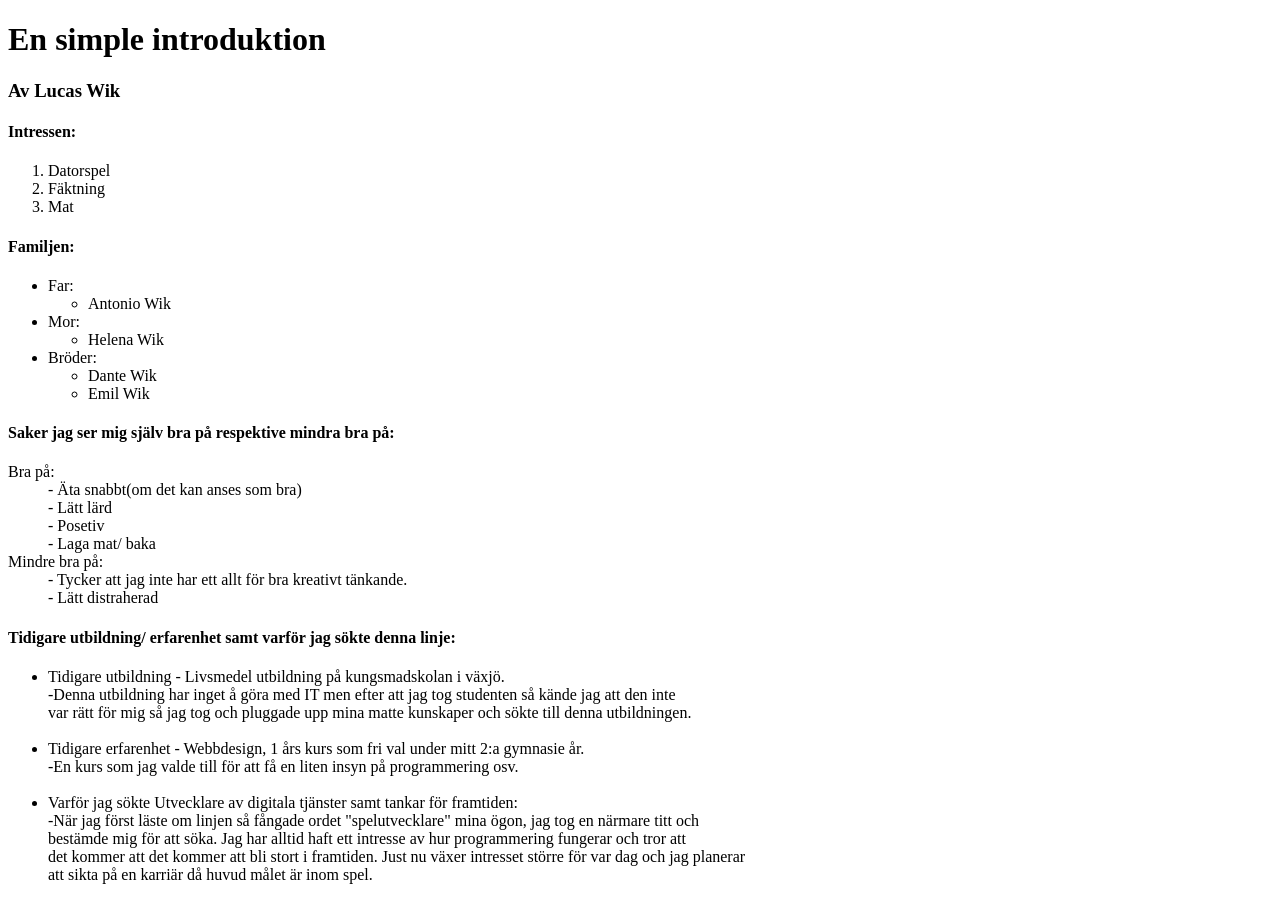
Repository: lw222gz/1ik415-laborationer
Page: Pages/presentation.html
The author's editor kept a record of every edit. The page is drawn from the files as they stood at one moment, then again after the next edit.
The browser window is 1280 px wide. The pictures show the whole page.

Above is the page before.

After the next edit:
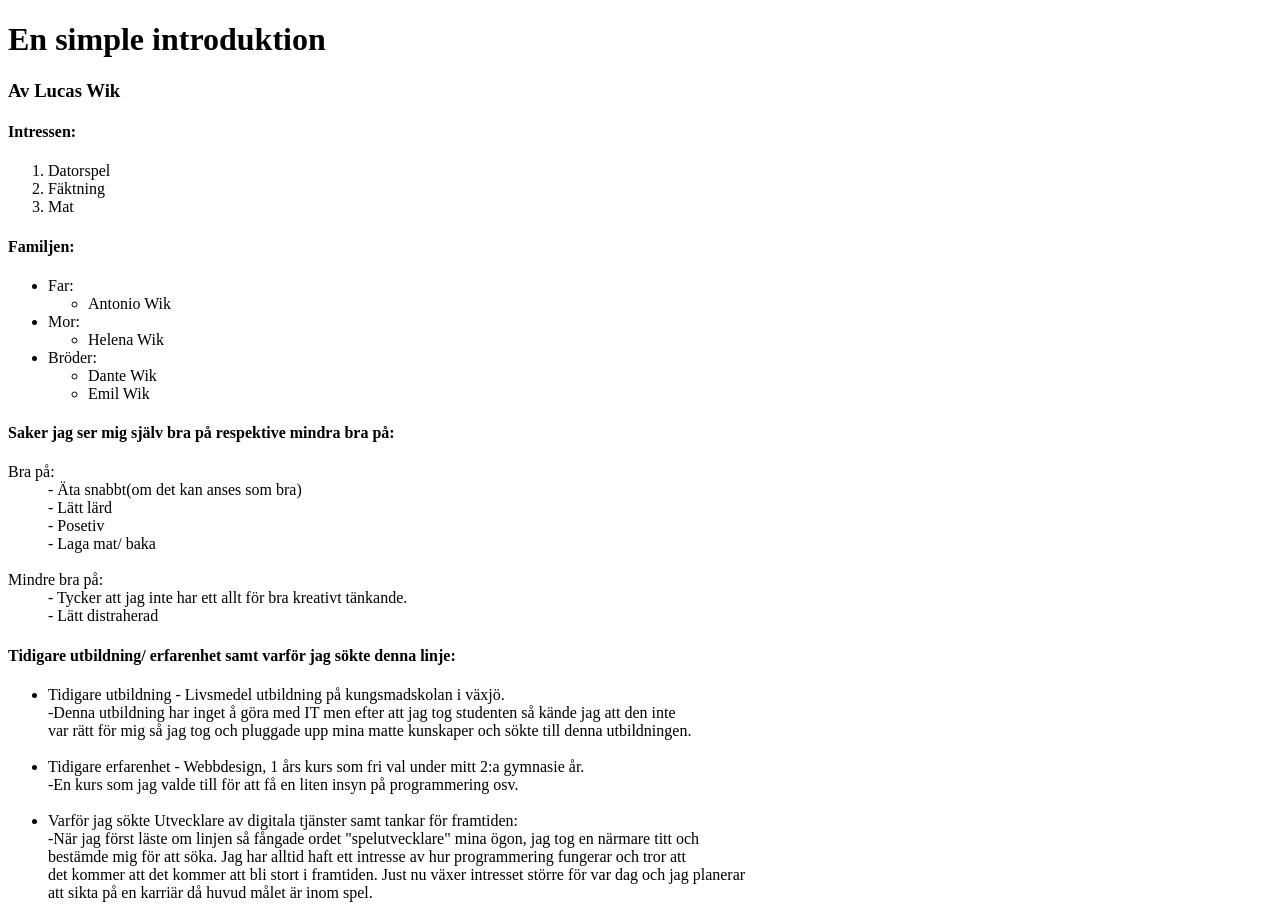
The edit:
--- a/Pages/presentation.html
+++ b/Pages/presentation.html
@@ -53,7 +53,7 @@
         <dd>- Äta snabbt(om det kan anses som bra)</dd>
         <dd>- Lätt lärd</dd>
         <dd>- Posetiv</dd>
-        <dd>- Laga mat/ baka</dd>
+        <dd>- Laga mat/ baka <br /><br /></dd>
 
 
 
